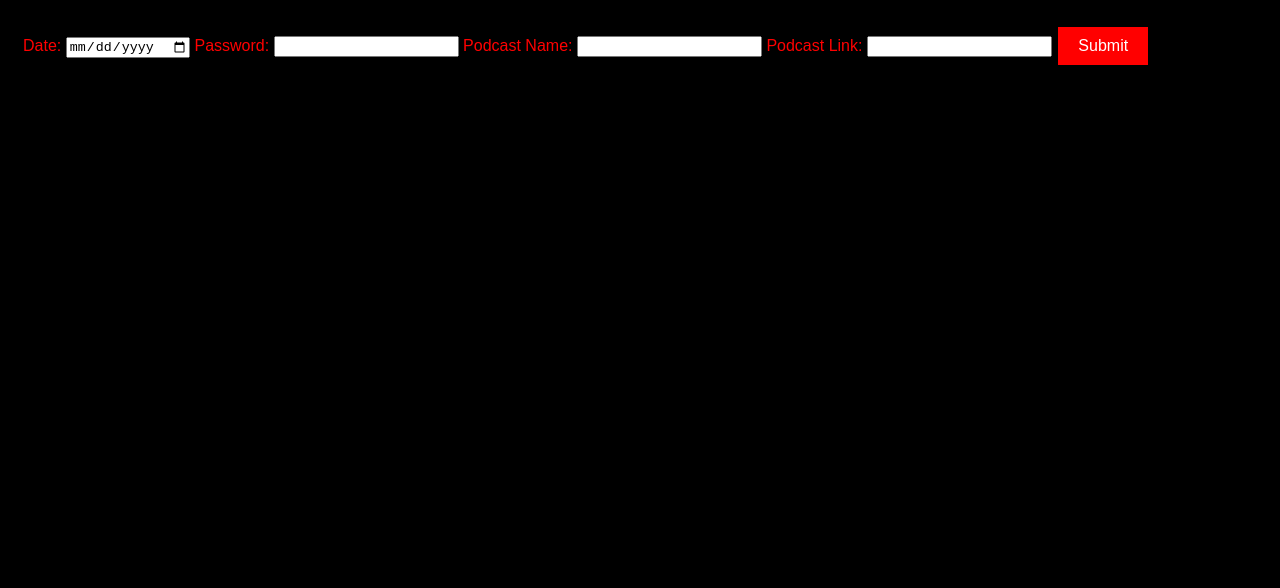
Repository: fechinmitchell/thedailyonepercent
Page: form.html
An editor plug-in stored every save of this project. The page is shown before and after the next save, followed by the edit.
The browser window is 1280 px wide. The pictures show the whole page.

Above is the page before, as saved 2023-06-21 21:26:56.

After the next save:
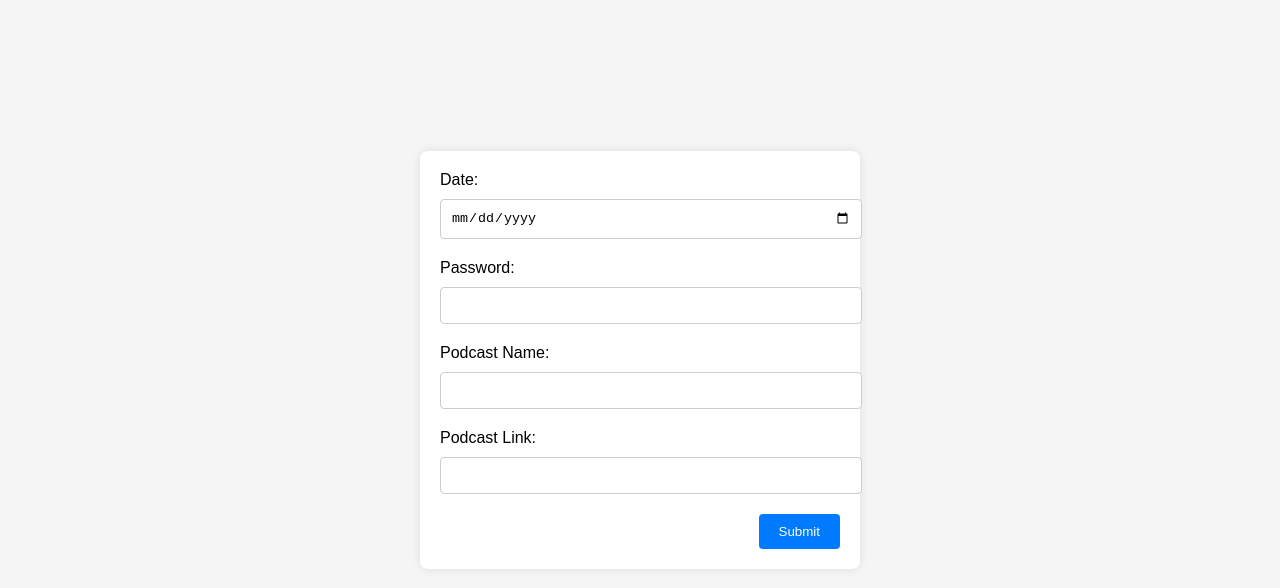
Saved 3 min 36 s later.
--- a/popup.css
+++ b/popup.css
@@ -1,29 +1,44 @@
 body {
-    background-color: #000;
-    color: #f00;
-    font-family: Arial, sans-serif;
-    padding: 15px;
-  }
+  background-color: #f5f5f5;
+  font-family: Arial, sans-serif;
+  display: flex;
+  justify-content: center;
+  align-items: center;
+  height: 100vh;
+  margin: 0;
+}
 
-  h1 {
-    font-size: 1.5em;
-    margin-bottom: 10px;
-  }
+#podcast-form {
+  background-color: white;
+  padding: 20px;
+  border-radius: 8px;
+  box-shadow: 0px 0px 10px rgba(0,0,0,0.1);
+  width: 400px;
+}
 
-  #podcast {
-    font-size: 1.2em;
-    margin-bottom: 20px;
-  }
+#podcast-form label {
+  display: block;
+  margin-bottom: 10px;
+}
 
-  button {
-    background-color: #f00;
-    border: none;
-    color: #fff;
-    padding: 10px 20px;
-    text-align: center;
-    text-decoration: none;
-    display: inline-block;
-    font-size: 16px;
-    margin: 4px 2px;
-    cursor: pointer;
-  }
+#podcast-form input {
+  width: 100%;
+  padding: 10px;
+  margin-bottom: 20px;
+  border-radius: 4px;
+  border: 1px solid #ccc;
+}
+
+#podcast-form button {
+  float: right;
+  background-color: #007BFF;
+  color: white;
+  border: none;
+  border-radius: 4px;
+  padding: 10px 20px;
+  cursor: pointer;
+}
+
+#podcast-form button:hover {
+  background-color: #0056b3;
+}
